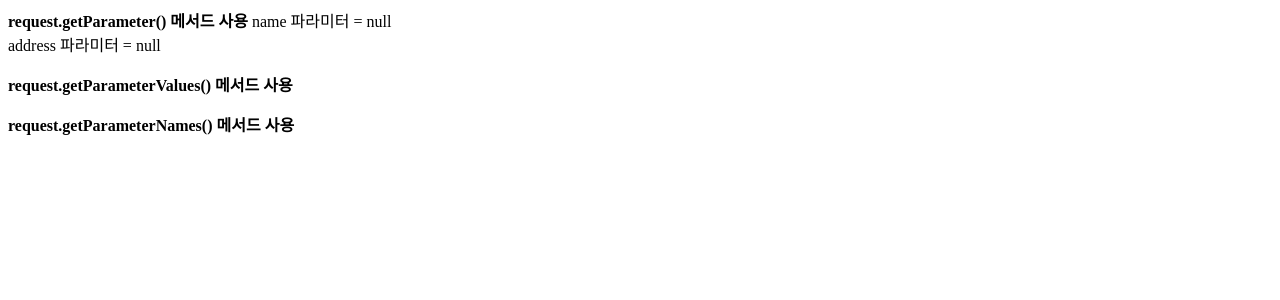
Repository: jjanggu1990/kh_java
Page: http://localhost/JSP_EX/day0318/viewForm.jsp
The author's editor kept a copy of each file at every save. The page is drawn from the files as they stood at one save, then again after a run of saves.
The browser window is 1280 px wide. The pictures show the whole page.
The page is served by Tomcat 9.

Above is the page before, as saved 2016-03-18 10:48:38.

After the next 2 saves:
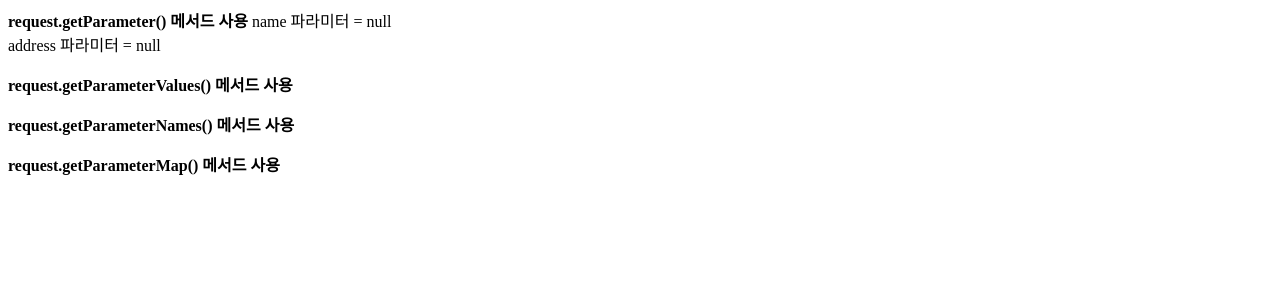
The 2 saves are shown as one change because they came seconds apart.
The last was saved 19 s later.
--- a/workspace/JSP_EX/WebContent/day0318/viewForm.jsp
+++ b/workspace/JSP_EX/WebContent/day0318/viewForm.jsp
@@ -38,6 +38,20 @@
 	<%
 		}
 	%>
-	<br>
+	<p />
+	<p>
+<b>request.getParameterMap() 메서드 사용</b><br>
+<%
+	Map parameterMap = request.getParameterMap();
+	String[] nameParam = (String[]) parameterMap.get("name");
+	if (nameParam != null) {
+%>
+name = <%=nameParam[0]%>
+<%
+	}
+%>
+
+
+<br>
 </body>
 </html>
